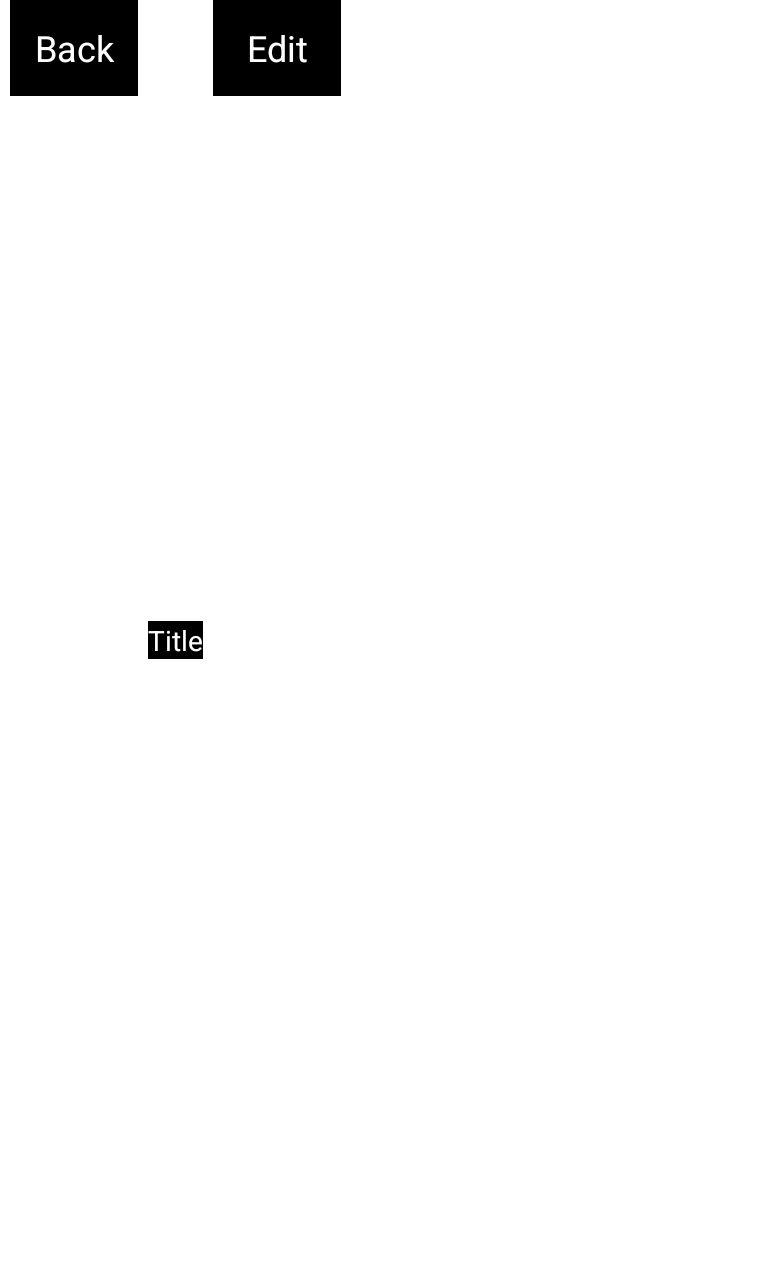
Repository: Ollyder/eclipse_work
Layout: TableLayout/res/layout/title.xml
These files come from the project's save history. The layout is drawn as it stood at one moment and after the next save; the edit follows.
It is drawn on a 768 x 1280 px phone screen (xhdpi) without system bars, with theme AppTheme; the app's code is not run.

Above is the layout before, as saved 2017-05-28 04:44:19.

### TableLayout/res/layout/title.xml
<?xml version="1.0" encoding="utf-8"?>
<LinearLayout xmlns:android="http://schemas.android.com/apk/res/android"
    android:layout_width="match_parent"
    android:layout_height="wrap_content"
    android:orientation="horizontal" >

    <Button
        android:id="@+id/title_button1"
        android:layout_width="wrap_content"
        android:layout_height="wrap_content"
        android:layout_gravity="left"
        android:layout_margin="5dip"
        android:background="#000000"
        android:textColor="#ffffff"
        android:text="Back" />

    <TextView
        android:id="@+id/title_text_view1"
        android:layout_width="wrap_content"
        android:layout_height="wrap_content"
        android:layout_gravity="center"
        android:margin="5dip"
        android:background="#000000"
        android:textColor="#ffffff"
        android:text="Title" />

    <Button
        android:id="@+id/title_button2"
        android:layout_width="wrap_content"
        android:layout_height="wrap_content"
        android:layout_gravity="right"
        android:layout_margin="5dip"
        android:background="#000000"
        android:textColor="#ffffff"
        android:text="Edit" />

</LinearLayout>

Loaded but not shown: TableLayout/res/values/styles.xml (common file); TableLayout/res/values-v11/styles.xml (common file); TableLayout/res/values-v14/styles.xml (common file)

After the next save:
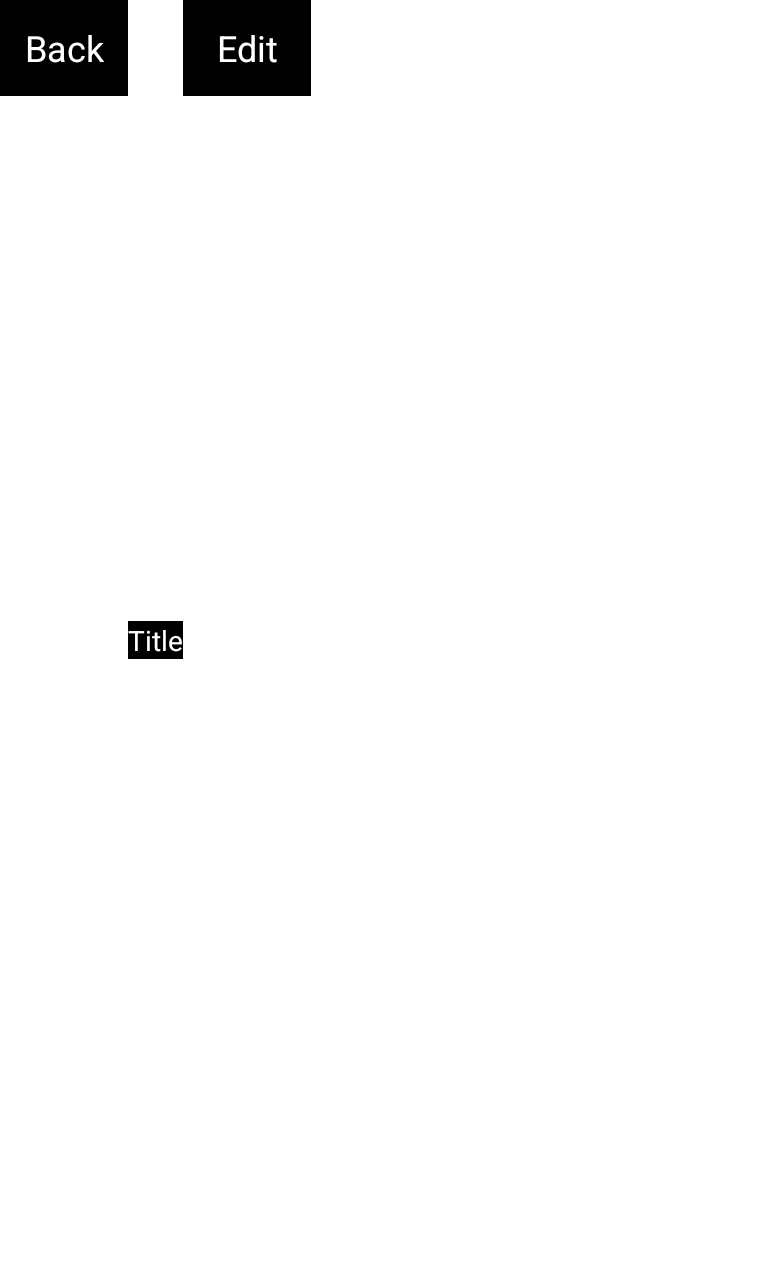
Saved 52 s later.
--- a/TableLayout/res/layout/title.xml
+++ b/TableLayout/res/layout/title.xml
@@ -9,7 +9,7 @@
         android:layout_width="wrap_content"
         android:layout_height="wrap_content"
         android:layout_gravity="left"
-        android:layout_margin="5dip"
+
         android:background="#000000"
         android:textColor="#ffffff"
         android:text="Back" />
@@ -19,7 +19,7 @@
         android:layout_width="wrap_content"
         android:layout_height="wrap_content"
         android:layout_gravity="center"
-        android:margin="5dip"
+
         android:background="#000000"
         android:textColor="#ffffff"
         android:text="Title" />
@@ -29,7 +29,7 @@
         android:layout_width="wrap_content"
         android:layout_height="wrap_content"
         android:layout_gravity="right"
-        android:layout_margin="5dip"
+
         android:background="#000000"
         android:textColor="#ffffff"
         android:text="Edit" />
